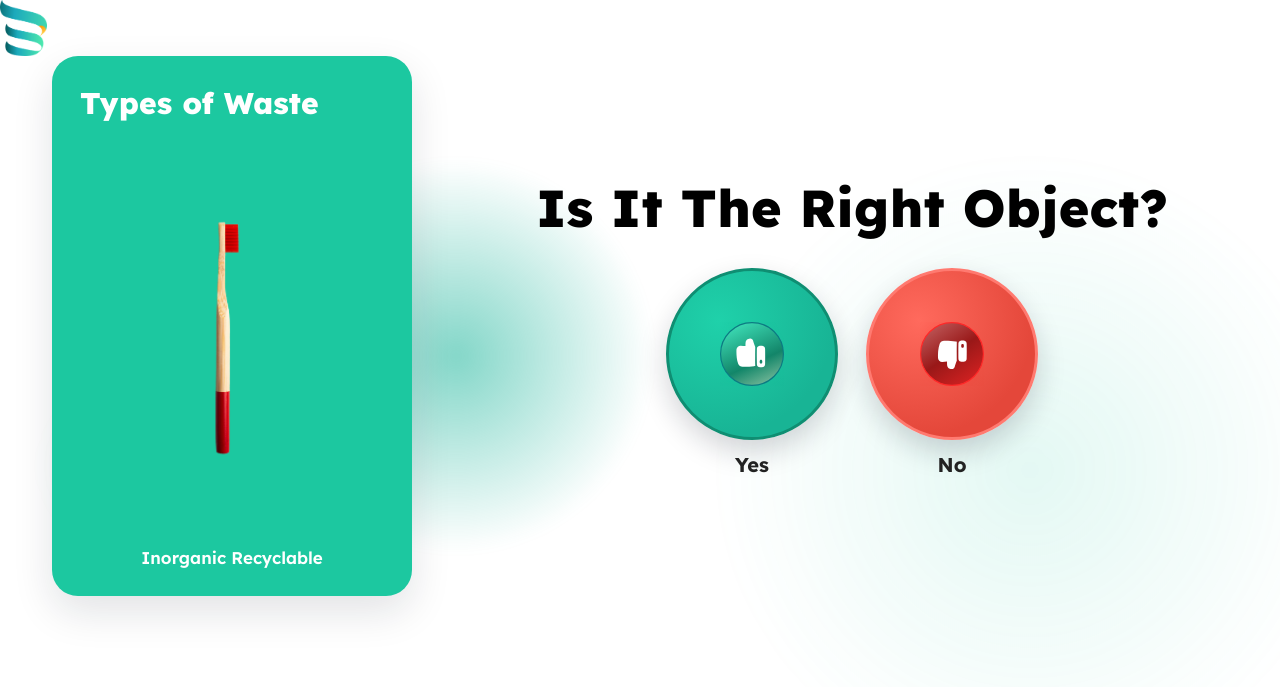
Repository: william-saputra/nusabin
Page: pages/products.html
The author's editor kept a copy of each file at every save. The page is drawn from the files as they stood at one save, then again after the next save.
The browser window is 1280 px wide. The pictures show the whole page.

Above is the page before, as saved 2025-08-13 10:53:04.

After the next save:
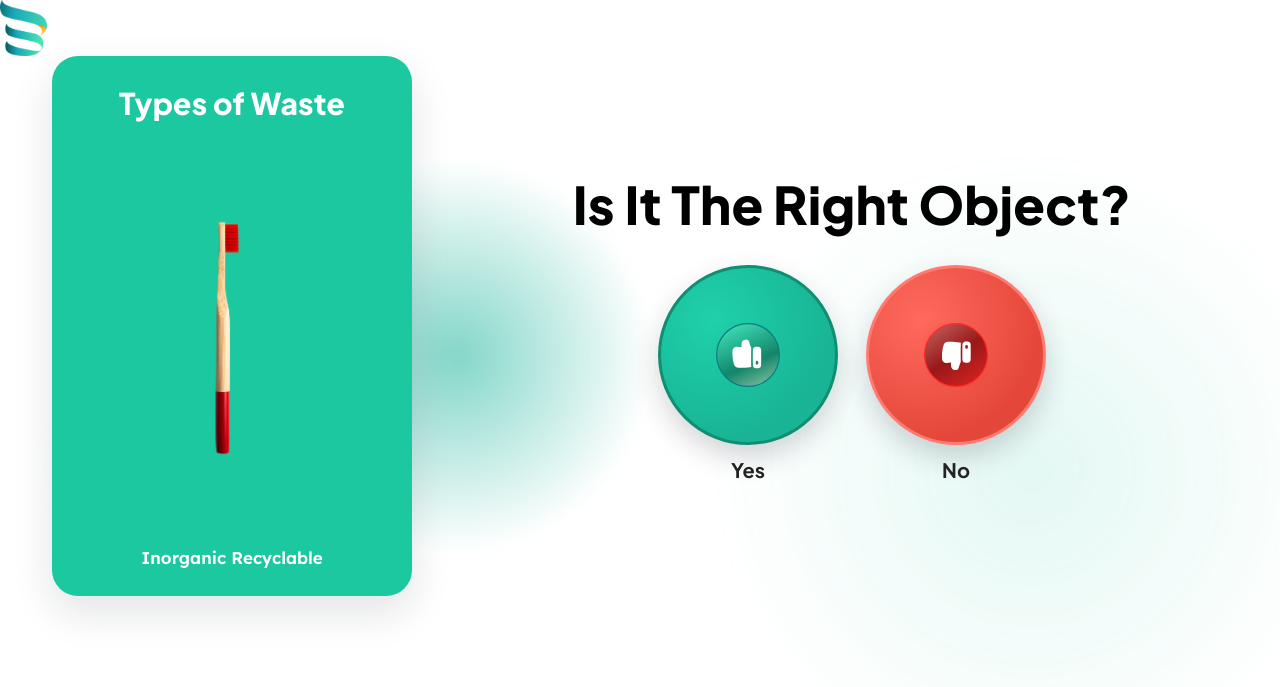
Saved 30 s later.
--- a/styles/pages/products.css
+++ b/styles/pages/products.css
@@ -24,18 +24,18 @@ body{margin:0;font-family:Lexend,system-ui,Segoe UI,Roboto,Helvetica,Arial,sans-
 .left-col,.right-col{display:block}
 
 /* Waste card */
-.waste-card{background:var(--teal);color:#fff;border-radius:26px;padding:28px;box-shadow:0 16px 40px rgba(16,24,40,0.12);display:flex;flex-direction:column;min-height:540px}
-.card-title{margin:0 0 16px;font-weight:800;font-size:30px;letter-spacing:.2px}
-.waste-visual{flex:1 1 auto;display:grid;place-items:center}
-.waste-image{max-height:70%;max-width:80%;height:auto;width:auto;object-fit:contain}
-.waste-label{text-align:center;font-size:17px;font-weight:600;margin-top:auto;padding-top:18px}
+.waste-card{background:var(--teal);color:#fff;border-radius:26px;padding:28px;box-shadow:0 16px 40px rgba(16,24,40,0.12);display:flex;flex-direction:column;min-height:540px;align-items:center}
+.card-title{margin:0 0 16px;font-weight:800;font-size:30px;letter-spacing:.2px;font-family:"Plus Jakarta Sans", Lexend, system-ui, sans-serif;text-align:center}
+.waste-visual{flex:1 1 auto;display:grid;place-items:center;width:100%}
+.waste-image{max-height:70%;max-width:80%;height:auto;width:auto;object-fit:contain;margin:0 auto}
+.waste-label{text-align:center;font-size:17px;font-weight:600;margin-top:auto;padding-top:18px;width:100%}
 
 /* Right column */
-.page-heading{margin:0 0 28px;font-weight:800;font-size:52px;letter-spacing:.2px;text-align:center}
+.page-heading{margin:0 0 28px;font-weight:800;font-size:52px;letter-spacing:.2px;text-align:center;font-family:"Plus Jakarta Sans", Lexend, system-ui, sans-serif}
 .actions{display:flex;align-items:center;justify-content:center;gap:28px}
 .action{display:grid;justify-items:center;gap:12px}
 
-.round-btn{appearance:none;border:0;cursor:pointer;border-radius:999px;width:172px;height:172px;display:grid;place-items:center;box-shadow:0 12px 28px rgba(16,24,40,0.18);transition:transform .15s ease, box-shadow .15s ease}
+.round-btn{appearance:none;border:0;cursor:pointer;border-radius:999px;width:180px;height:180px;display:grid;place-items:center;box-shadow:0 12px 28px rgba(16,24,40,0.18);transition:transform .15s ease, box-shadow .15s ease}
 .round-btn img{width:64px;height:64px}
 .round-btn:focus{outline:3px solid rgba(0,0,0,.15);outline-offset:3px}
 .round-btn:hover{transform:scale(1.03);box-shadow:0 16px 36px rgba(16,24,40,0.22)}
@@ -44,7 +44,7 @@ body{margin:0;font-family:Lexend,system-ui,Segoe UI,Roboto,Helvetica,Arial,sans-
 .round-btn.yes{background:radial-gradient(circle at 30% 30%, #1fd1aa, #18b495 70%);border:3px solid var(--teal-ring)}
 .round-btn.no{background:radial-gradient(circle at 30% 30%, #ff6a5d, #e4473a 70%);border:3px solid var(--red-ring)}
 
-.btn-caption{font-size:20px;font-weight:700;color:#222}
+.btn-caption{font-size:20px;font-weight:700;color:#222;font-family:"Plus Jakarta Sans", Lexend, system-ui, sans-serif}
 
 @media (max-width:1100px){
 	.products-layout{grid-template-columns:1fr;gap:32px}
